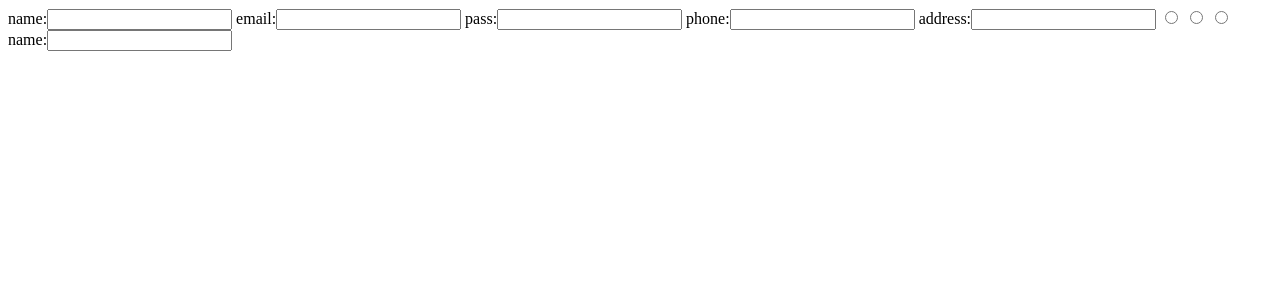
Repository: Ganesh9986320435/AllProjectsFromYestYantra
Page: http://localhost/mcdonaldsprojectjsp/signin.jsp
An editor plug-in stored every save of this project. The page is shown before and after the next save, followed by the edit.
The browser window is 1280 px wide. The pictures show the whole page.
The page is served by Tomcat 9. Other server files are loaded and not shown.

Above is the page before, as saved 2023-01-31 10:45:32.

### mcdonaldsprojectjsp/src/main/webapp/signin.jsp
<%@ page language="java" contentType="text/html; charset=UTF-8"
    pageEncoding="UTF-8"%>
<!DOCTYPE html>
<html>
<head>
<meta charset="UTF-8">
<title>Insert title here</title>
</head>
<body>
<form action="signin">
name:<input type="text" name="name">
email:<input type="text" name="email">
pass:<input type="text" name="pass">
phone:<input type="text" name="phone">
address:<input type="text" name="address">
<label for="role"></label>
<input type="radio" name="role" value="manager">
<input type="radio" name="role" value="staff">
<input type="radio" name="role" value="customer">
name:<input type="text" name="name">


















</form>
</body>
</html>

After the next save:
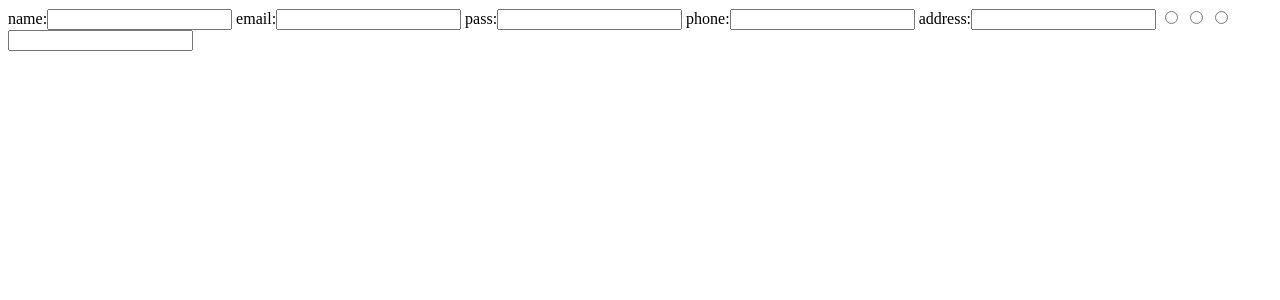
Saved 4 s later.
--- a/mcdonaldsprojectjsp/src/main/webapp/signin.jsp
+++ b/mcdonaldsprojectjsp/src/main/webapp/signin.jsp
@@ -17,7 +17,7 @@ address:<input type="text" name="address">
 <input type="radio" name="role" value="manager">
 <input type="radio" name="role" value="staff">
 <input type="radio" name="role" value="customer">
-name:<input type="text" name="name">
+<input type="text" name="name">
 
 
 
